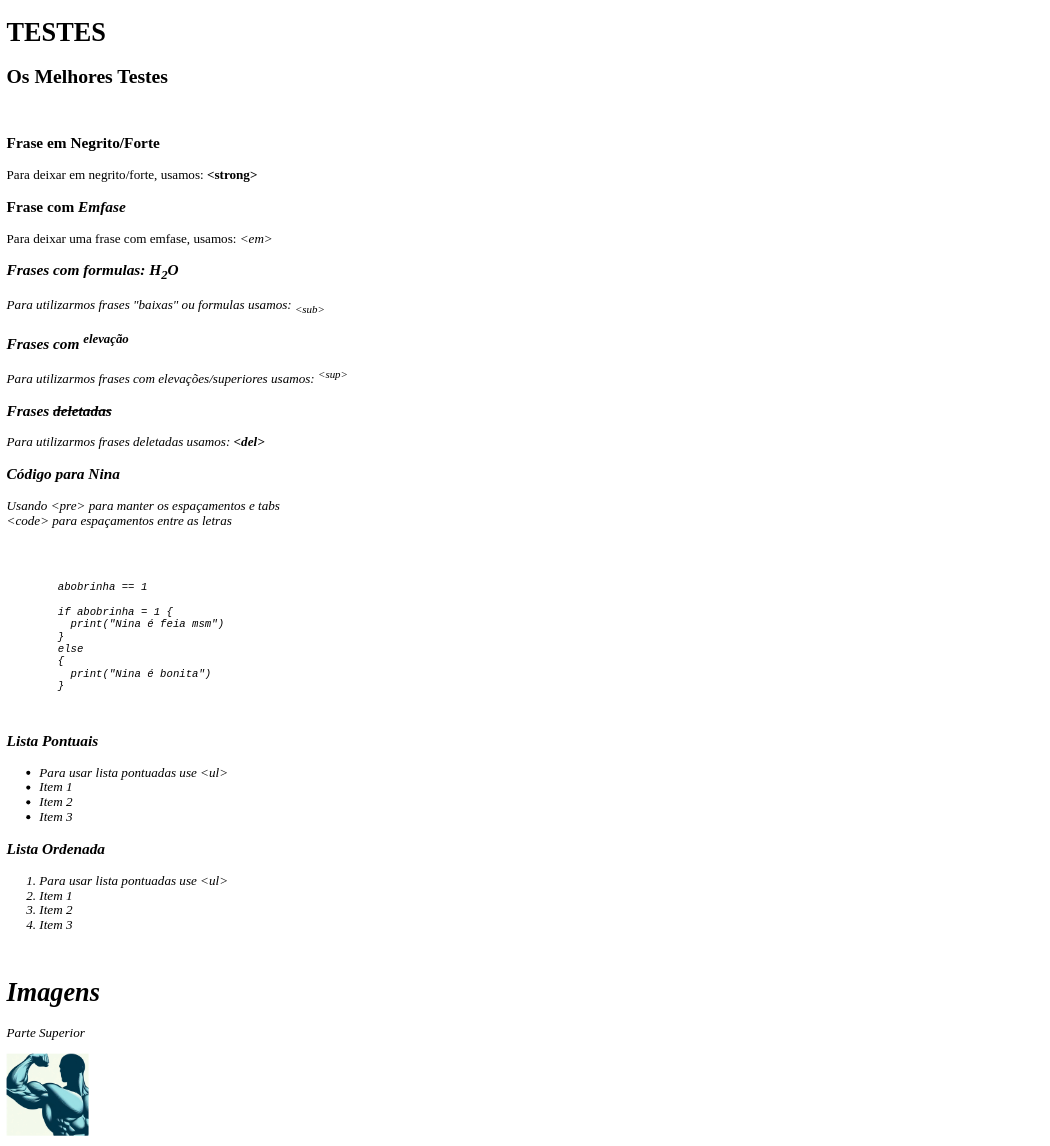
Repository: LuidyOn/Site_Forca_Total
Page: ForçaTotal/teste.html
An editor plug-in stored every save of this project. The page is shown before and after the next save, followed by the edit.
The browser window is 1280 px wide. The pictures show the whole page, at 82% of full size.

Above is the page before, as saved 2025-05-15 13:59:05.

### ForçaTotal/teste.html
<!DOCTYPE html>
<html lang="pt-br">
<head>
  <meta charset="UTF-8">
  <meta name="viewport" content="width=device-width, initial-scale=1.0">
  <link rel="shortcut icon" href="img/icons/logo.ico" type="image/x-icon">
  <title>Testes Força total</title>
</head>
<body>
<h1>TESTES</h1>
  <h2>Os Melhores Testes</h2>

  <p><br></p>

    <h3>Frase em <strong>Negrito/Forte</strong></h3>
    <p>Para deixar em negrito/forte, usamos: <strong>&lt;strong&gt;</strong> </p>

    <h3>Frase com <em>Emfase</em> </h3>
    <p>Para deixar uma frase com emfase, usamos: <em>&lt;em&gt;<em> </p>

    <h3>Frases com formulas: H<sub>2</sub>O </h3>
    <p>Para utilizarmos frases "baixas" ou formulas usamos: <sub>&lt;sub&gt;</sub></p>

    <h3>Frases com <sup>elevação</sup></h3>
    <p>Para utilizarmos frases com elevações/superiores usamos: <sup>&lt;sup&gt;</sup></p>

    <h3>Frases <del>deletadas</del></h3>
    <p>Para utilizarmos frases deletadas usamos: <strong>&lt;del&gt;</strong></p>


    <h3>Código para Nina</h3>
    <p>Usando &lt;pre&gt; para manter os espaçamentos e tabs <br> &lt;code&gt; para espaçamentos entre as letras</p>

  <p><br></p>

    <pre>
      <code>
        abobrinha == 1

        if abobrinha = 1 {
          print("Nina é feia msm")
        }
        else
        {
          print("Nina é bonita")
        }
      </code>
    </pre>

    <h3>Lista Pontuais</h3>
    <ul>
            <li>Para usar lista pontuadas use &lt;ul&gt;</li>

      <li>Item 1</li>
      <li>Item 2</li>
      <li>Item 3</li>
    </ul>

    <h3>Lista Ordenada</h3>
    <ol>
            <li>Para usar lista pontuadas use &lt;ul&gt;</li>

      <li>Item 1</li>
      <li>Item 2</li>
      <li>Item 3</li>
    </ol>

<p><br></p>

<h1>Imagens</h1>
  <p>Parte Superior</p>
<img src="img/parteSerior.png" alt="parte superior" style= "width: 100px; height: 100px;">
</body>
</html>

After the next save:
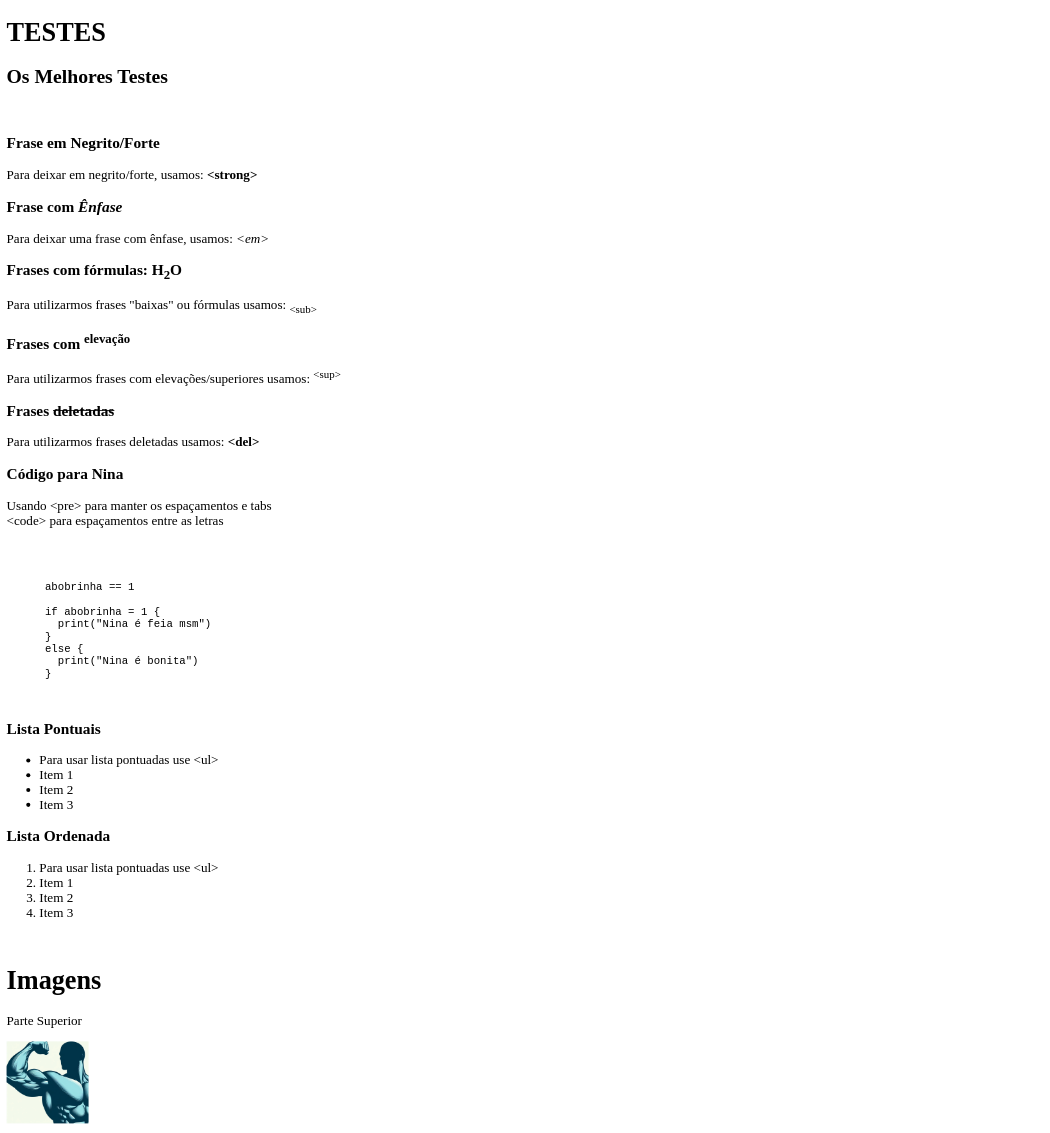
Saved 73 s later.
--- a/ForçaTotal/teste.html
+++ b/ForçaTotal/teste.html
@@ -7,68 +7,64 @@
   <title>Testes Força total</title>
 </head>
 <body>
-<h1>TESTES</h1>
+  <h1>TESTES</h1>
   <h2>Os Melhores Testes</h2>
 
   <p><br></p>
 
-    <h3>Frase em <strong>Negrito/Forte</strong></h3>
-    <p>Para deixar em negrito/forte, usamos: <strong>&lt;strong&gt;</strong> </p>
+  <h3>Frase em <strong>Negrito/Forte</strong></h3>
+  <p>Para deixar em negrito/forte, usamos: <strong>&lt;strong&gt;</strong></p>
 
-    <h3>Frase com <em>Emfase</em> </h3>
-    <p>Para deixar uma frase com emfase, usamos: <em>&lt;em&gt;<em> </p>
+  <h3>Frase com <em>Ênfase</em></h3>
+  <p>Para deixar uma frase com ênfase, usamos: <em>&lt;em&gt;</em></p>
 
-    <h3>Frases com formulas: H<sub>2</sub>O </h3>
-    <p>Para utilizarmos frases "baixas" ou formulas usamos: <sub>&lt;sub&gt;</sub></p>
+  <h3>Frases com fórmulas: H<sub>2</sub>O</h3>
+  <p>Para utilizarmos frases "baixas" ou fórmulas usamos: <sub>&lt;sub&gt;</sub></p>
 
-    <h3>Frases com <sup>elevação</sup></h3>
-    <p>Para utilizarmos frases com elevações/superiores usamos: <sup>&lt;sup&gt;</sup></p>
+  <h3>Frases com <sup>elevação</sup></h3>
+  <p>Para utilizarmos frases com elevações/superiores usamos: <sup>&lt;sup&gt;</sup></p>
 
-    <h3>Frases <del>deletadas</del></h3>
-    <p>Para utilizarmos frases deletadas usamos: <strong>&lt;del&gt;</strong></p>
+  <h3>Frases <del>deletadas</del></h3>
+  <p>Para utilizarmos frases deletadas usamos: <strong>&lt;del&gt;</strong></p>
 
-
-    <h3>Código para Nina</h3>
-    <p>Usando &lt;pre&gt; para manter os espaçamentos e tabs <br> &lt;code&gt; para espaçamentos entre as letras</p>
+  <h3>Código para Nina</h3>
+  <p>Usando &lt;pre&gt; para manter os espaçamentos e tabs <br> &lt;code&gt; para espaçamentos entre as letras</p>
 
   <p><br></p>
 
-    <pre>
-      <code>
-        abobrinha == 1
+  <pre>
+    <code>
+      abobrinha == 1
 
-        if abobrinha = 1 {
-          print("Nina é feia msm")
-        }
-        else
-        {
-          print("Nina é bonita")
-        }
-      </code>
-    </pre>
+      if abobrinha = 1 {
+        print("Nina é feia msm")
+      }
+      else {
+        print("Nina é bonita")
+      }
+    </code>
+  </pre>
 
-    <h3>Lista Pontuais</h3>
-    <ul>
-            <li>Para usar lista pontuadas use &lt;ul&gt;</li>
+  <h3>Lista Pontuais</h3>
+  <ul>
+    <li>Para usar lista pontuadas use &lt;ul&gt;</li>
+    <li>Item 1</li>
+    <li>Item 2</li>
+    <li>Item 3</li>
+  </ul>
 
-      <li>Item 1</li>
-      <li>Item 2</li>
-      <li>Item 3</li>
-    </ul>
+  <h3>Lista Ordenada</h3>
+  <ol>
+    <li>Para usar lista pontuadas use &lt;ul&gt;</li>
+    <li>Item 1</li>
+    <li>Item 2</li>
+    <li>Item 3</li>
+  </ol>
 
-    <h3>Lista Ordenada</h3>
-    <ol>
-            <li>Para usar lista pontuadas use &lt;ul&gt;</li>
+  <p><br></p>
 
-      <li>Item 1</li>
-      <li>Item 2</li>
-      <li>Item 3</li>
-    </ol>
-
-<p><br></p>
-
-<h1>Imagens</h1>
+  <h1>Imagens</h1>
   <p>Parte Superior</p>
-<img src="img/parteSerior.png" alt="parte superior" style= "width: 100px; height: 100px;">
+  <img src="img/parteSerior.png" alt="parte superior" style="width: 100px; height: 100px;">
 </body>
 </html>
